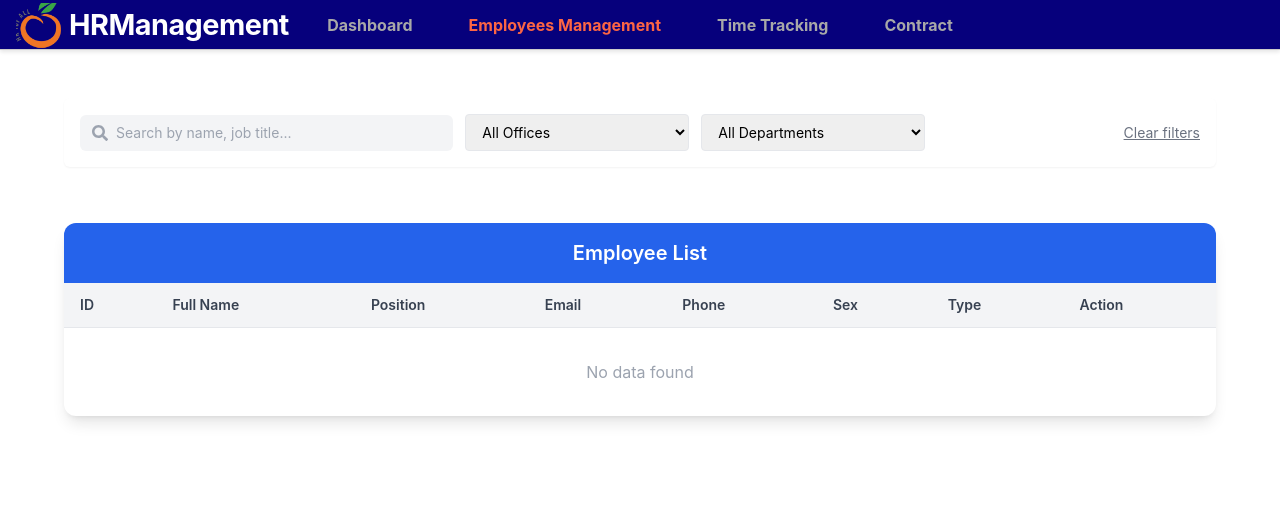
Repository: justJackiee/DA-251
Page: /employeemanagement (app in my-react-app/)
The author's editor kept a copy of each file at every save. The page is drawn from the files as they stood at one save, then again after the next save.
The browser window is 1280 px wide. The pictures show the whole page.
The page's requests for data from a server got no answer. The project was rebuilt for these pictures with package versions that can differ from the ones it lists, and the page was loaded fresh each time. No one was signed in, and anything a server would have sent is missing. Also part of the build but not shown: my-react-app/src/App.css, my-react-app/src/components/pagination.js, my-react-app/src/pages/dashboard.js, my-react-app/src/components/button.js.

Above is the page before, as saved 2025-12-03 15:44:04.

### my-react-app/public/index.html
<!DOCTYPE html>
<html lang="en">
  <head>
    <meta charset="utf-8" />
    <link rel="icon" href="%PUBLIC_URL%/favicon.ico" />
    <meta name="viewport" content="width=device-width, initial-scale=1" />
    <meta name="theme-color" content="#000000" />
    <meta
      name="description"
      content="Web site created using create-react-app"
    />
    <link rel="apple-touch-icon" href="%PUBLIC_URL%/logo192.png" />
    <!--
      manifest.json provides metadata used when your web app is installed on a
      user's mobile device or desktop. See https://developers.google.com/web/fundamentals/web-app-manifest/
    -->
    <link rel="manifest" href="%PUBLIC_URL%/manifest.json" />

    <!-- Google Fonts - Baloo 2 -->
    <link rel="preconnect" href="https://fonts.googleapis.com">
    <link rel="preconnect" href="https://fonts.gstatic.com" crossorigin>
    <link href="https://fonts.googleapis.com/css2?family=Baloo+2:wght@400;500;600;700;800&display=swap" rel="stylesheet">

    <!--
      Notice the use of %PUBLIC_URL% in the tags above.
      It will be replaced with the URL of the `public` folder during the build.
      Only files inside the `public` folder can be referenced from the HTML.

      Unlike "/favicon.ico" or "favicon.ico", "%PUBLIC_URL%/favicon.ico" will
      work correctly both with client-side routing and a non-root public URL.
      Learn how to configure a non-root public URL by running `npm run build`.
    -->
    <title>React App</title>
  </head>
  <body>
    <noscript>You need to enable JavaScript to run this app.</noscript>
    <div id="root"></div>
    <!--
      This HTML file is a template.
      If you open it directly in the browser, you will see an empty page.

      You can add webfonts, meta tags, or analytics to this file.
      The build step will place the bundled scripts into the <body> tag.

      To begin the development, run `npm start` or `yarn start`.
      To create a production bundle, use `npm run build` or `yarn build`.
    -->
  </body>
</html>

### my-react-app/src/App.js
import React from "react";
import { FaSearch, FaTrash } from "react-icons/fa";
import logo from './logo.svg';
import './App.css';

import { HRNavbar } from './components/Navbar';
import CustomScrollbar from './components/schollbar';
import Pagination from './components/pagination'
import Dashboard from './pages/dashboard';
import EmployeeManagement from './pages/employeemanagement'; // modify to test CEmployeeTable
import {
  PrimaryButton,
  SecondaryButton,
  IconButton,
  DropdownButton,
} from "./components/button";

import {
    BrowserRouter as Router,
    Routes,
    Route,
} from "react-router-dom";

import { ThemeProvider } from "@material-tailwind/react";

function App() {
  return (
    <ThemeProvider>
    <Router>
      <div className="h-screen flex flex-col">
        <HRNavbar />

        <main className="flex-1 relative">
          {/* <PrimaryButton text="Save" onClick={() => alert("Saved!")} />
          <SecondaryButton text="Cancel" onClick={() => alert("Cancelled!")} />
          <IconButton icon={<FaSearch />} label="Search" onClick={() => alert("Searching...")} />
          <IconButton icon={<FaTrash />} label="Delete" onClick={() => alert("Deleted!")} /> */}
          {/* <DropdownButton
            label="Select Report"
            options={[
              { label: "Monthly Report", onClick: () => alert("Monthly selected") },
              { label: "Yearly Report", onClick: () => alert("Yearly selected") },
            ]}
          /> */}

          <CustomScrollbar>
            {/* <div className="p-4 md:p-8"> dùng để canh lề (margin)*/}
            <div className="p-4 md:p-8">
              <Routes>
                <Route path="/dashboard" element={<Dashboard />} />
                <Route path="/employeemanagement" element={<EmployeeManagement />} />
                <Route path="/contract" element={<h1>Contract Page</h1>} />
                <Route path="/timetracking" element={<h1>Time Tracking Page</h1>} />
                <Route path="/" element={
                  <header className="App-header">
                    <img src={logo} className="App-logo" alt="logo" />
                    <h1>Welcome to HR Management System</h1>
                    <p>Click on Dashboard in the navigation to get started!</p>
                  </header>
                } />
              </Routes>
            </div>
          </CustomScrollbar>
        </main>
      </div>
    </Router>
    </ThemeProvider>
  );
}

export default App;

### my-react-app/src/components/Navbar/index.js
import React, { useState, useEffect } from 'react';
import { Link, useLocation } from 'react-router-dom';

export function HRNavbar() {
  const [isMenuOpen, setIsMenuOpen] = useState(false);
  const [isMobile, setIsMobile] = useState(false);

  useEffect(() => {
    const checkScreenSize = () => {
      setIsMobile(window.innerWidth < 768);
    };

    checkScreenSize();
    window.addEventListener('resize', checkScreenSize);

    return () => window.removeEventListener('resize', checkScreenSize);
  }, []);

  const toggleMenu = () => {
    setIsMenuOpen(!isMenuOpen);
  };

  const location = useLocation();
  const current = location.pathname || '/';

  const linkColor = (path) => (current === path ? '#fc6544' : '#a8a8a8ff');

  return (
    <nav style={{
      backgroundColor: '#06007c',
      padding: '0',
      boxShadow: '0 2px 4px rgba(0,0,0,0.1)',
      borderBottom: '1px solid #ccc',
      position: 'relative',
      height: '50px',
      minHeight: '50px',
      maxHeight: '50px',
      overflow: 'visible',
      boxSizing: 'border-box'
    }}>
      {/* Main Navigation Bar */}
      <div style={{
        display: 'flex',
        alignItems: 'center',
        height: '50px',
        padding: '0 1rem',
        boxSizing: 'border-box',
        position: 'relative'
      }}>
        {/* Left side: Brand */}
         {isMobile && (
          <div style={{ marginLeft: '0.5rem', zIndex: 20 }}>
            <button
              onClick={toggleMenu}
              aria-label="Open menu"
              style={{
                background: 'none',
                border: '2px solid #fc6544',
                fontSize: '1.5rem',
                cursor: 'pointer',
                padding: '0.25rem 0.5rem',
                color: '#fc6544',
                borderRadius: '4px'
              }}
            >
              {isMenuOpen ? '✕' : '☰'}
            </button>
          </div>
        )}
        <div style={{
          display: 'flex',
          alignItems: 'center',
          gap: '0.5rem',
          // On desktop we position the brand absolutely to allow a centered menu.
          // On mobile we keep it in normal flow so it doesn't overlap the hamburger button.
          position: isMobile ? 'relative' : 'absolute',
          left: isMobile ? '0.5rem' : '1rem',
          zIndex: 10
        }}>
          {/* Brand / Logo and Text Container */}
          <div style={{
            display: 'flex',
            alignItems: 'center',
            gap: '0.5rem'
          }}>
            {/* Logo */}
            <div style={{
              height: '45px',
              width: '45px',
              display: 'flex',
              alignItems: 'center',
              justifyContent: 'center',
              overflow: 'hidden',
              flexShrink: 0
            }}>
              <img
                src="/idCu14vzRC_logos-removebg-preview.png"
                alt="HRManagement Logo"
                style={{
                  maxHeight: isMobile ? '40px' : '70px',
                  maxWidth: isMobile ? '40px' : '70px',
                  width: 'auto',
                  height: 'auto',
                  objectFit: 'contain'
                }}
              />
            </div>
            {/* Text */}
            <h2 style={{
              margin: 0,
              color: '#ffffff',
              fontSize: isMobile ? '1.6rem' : '1.8rem',
              fontWeight: '700',
              fontFamily: 'Baloo 2, sans-serif',
              letterSpacing: '-0.5px'
            }}>
              HRManagement
            </h2>
          </div>
        </div>
        {/* Mobile hamburger placed inside left brand container so it's on the left side */}


        {/* Center: Desktop Menu */}
        {!isMobile && (
          <div style={{
            display: 'flex',
            gap: '3.5rem',
            alignItems: 'center',
            position: 'absolute',
            left: '50%',
            transform: 'translateX(-50%)'
          }}>
            <Link to="/dashboard" style={{
              textDecoration: 'none',
              color: linkColor('/dashboard'),
              fontSize: '1rem',
              fontWeight: '650',
              fontFamily: 'Baloo 2, sans-serif'
            }}>
              Dashboard
            </Link>
            <Link to="/employeemanagement" style={{
              textDecoration: 'none',
              color: linkColor('/employeemanagement'),
              fontSize: '1rem',
              fontWeight: '650',
              fontFamily: 'Baloo 2, sans-serif'
            }}>
              Employees Management
            </Link>
            <Link to="/timetracking" style={{
              textDecoration: 'none',
              color: linkColor('/timetracking'),
              fontSize: '1rem',
              fontWeight: '650',
              fontFamily: 'Baloo 2, sans-serif'
            }}>
              Time Tracking
            </Link>
            <Link to="/contract" style={{
              textDecoration: 'none',
              color: linkColor('/contract'),
              fontSize: '1rem',
              fontWeight: '650',
              fontFamily: 'Baloo 2, sans-serif'
            }}>
              Contract
            </Link>
          </div>
        )}

  {/* Right side: Button and Mobile Menu (hidden on mobile) */}
  <div style={{ display: 'flex', alignItems: 'center' }}>
          {/* Desktop Button - Hidden on mobile */}
          {/* {!isMobile && (
            <button style={{
              backgroundColor: '#374151',
              color: 'white',
              padding: '0.5rem 1rem',
              border: 'none',
              borderRadius: '0.375rem',
              cursor: 'pointer',
              fontSize: '0.875rem',
              fontWeight: '500',
              fontFamily: 'Baloo 2, sans-serif'
            }}>
              GET STARTED
            </button>
          )} */}

          {/* Desktop-only button (hidden on mobile) - kept for symmetry if needed */}
          {/* Hide the hamburger on desktop: only show mobile hamburger (left side) */}
          <button
            onClick={toggleMenu}
            style={{
              background: 'none',
              border: '2px solid #fc6544',
              fontSize: '1.5rem',
              cursor: 'pointer',
              padding: '0.5rem',
              color: '#fc6544',
              borderRadius: '4px',
              display: 'none' // ensure no hamburger appears on desktop
            }}
          >
            {isMenuOpen ? '✕' : '☰'}
          </button>
        </div>
      </div>

      {/* Mobile Menu Dropdown - Show when menu is open */}
      {isMenuOpen && (
        <div style={{
          position: 'absolute',
          top: '50px',              // Position right below navbar
          left: 0,
          right: 0,
          backgroundColor: '#ffffff',
          boxShadow: '0 4px 6px rgba(0,0,0,0.1)',
          padding: '1rem 2rem',
          display: 'flex',
          flexDirection: 'column',
          gap: '0',
          zIndex: 9999,
          border: '1px solid #e5e7eb',
          borderTop: 'none',
          width: '100%',
          boxSizing: 'border-box',
          minHeight: '200px'        // Add minimum height to ensure visibility
        }}>
          <Link to="/dashboard" style={{
            textDecoration: 'none',
            color: linkColor('/dashboard'),
            fontSize: '1rem',
            padding: '1rem 0',
            borderBottom: '1px solid #f3f4f6',
            fontFamily: 'Baloo 2, sans-serif'
          }}>
            Dashboard
          </Link>
          <Link to="/employeemanagement" style={{
            textDecoration: 'none',
            color: linkColor('/employeemanagement'),
            fontSize: '1rem',
            padding: '1rem 0',
            borderBottom: '1px solid #f3f4f6',
            fontFamily: 'Baloo 2, sans-serif'
          }}>
            Employees Management
          </Link>
          <Link to="/timetracking" style={{
            textDecoration: 'none',
            color: linkColor('/timetracking'),
            fontSize: '1rem',
            padding: '1rem 0',
            borderBottom: '1px solid #f3f4f6',
            fontFamily: 'Baloo 2, sans-serif'
          }}>
            Time Tracking
          </Link>
          <Link to="/contract" style={{
            textDecoration: 'none',
            color: linkColor('/contract'),
            fontSize: '1rem',
            padding: '1rem 0',
            borderBottom: '1px solid #f3f4f6',
            fontFamily: 'Baloo 2, sans-serif'
          }}>
            Contract
          </Link>
          {/* <button style={{
            backgroundColor: '#374151',
            color: 'white',
            padding: '0.75rem 1.5rem',
            border: 'none',
            borderRadius: '0.375rem',
            cursor: 'pointer',
            fontSize: '1rem',
            fontWeight: '500',
            marginTop: '1rem',
            marginBottom: '0.5rem',
            fontFamily: 'Baloo 2, sans-serif'
          }}>
            GET STARTED
          </button> */}
        </div>
      )}
    </nav>
  );
}

### my-react-app/src/components/schollbar.js
import React from 'react';
import { Scrollbars } from 'react-custom-scrollbars-2';

// Đổi kiểu thumb
const CustomThumb = (props) => (
  <div {...props} className="bg-slate-500 rounded-full" />
);

// CustomScrollbar
function CustomScrollbar({ children }) {
  return (
    <Scrollbars
      renderThumbVertical={CustomThumb}
      style={{ width: '100%', height: '100%' }}
    >

      {children}

    </Scrollbars>
  );
}

export default CustomScrollbar;

### my-react-app/src/pages/employeemanagement.js
import React, { useEffect, useState, useMemo } from "react";
import axios from "axios"; // 1. Import axios
import CEmployeeTable from "../components/Table/CEmployeeTable";
// import HeaderTabs from '../components/HeaderTabs';
import FiltersBar from '../components/FiltersBar';
import { FaPlus } from 'react-icons/fa';


function EmployeeManagement() {
  // const [activeTab, setActiveTab] = useState('team');
  const [search, setSearch] = useState('');
  const [filters, setFilters] = useState({ office: '', department: '' });

  // 2. Khởi tạo data là mảng rỗng ban đầu (thay vì mock data)
  const [data, setData] = useState([]);
  const [loading, setLoading] = useState(true);

 // 3. Gọi API từ Backend khi component được load
  useEffect(() => {
    const fetchEmployees = async () => {
      try {
        const response = await axios.get('http://localhost:5000/api/employees');
        const apiData = response.data;

        // 4. MAPPING DỮ LIỆU (ĐÃ SỬA LỖI)
        const formattedData = apiData.map(emp => {
          // Xử lý an toàn: Nếu không có chức vụ thì để chuỗi rỗng
          const safePosition = emp.position || '';

          return {
            id: emp.id,
            // Ghép họ tên
            fullName: `${emp.fName} ${emp.mName ? emp.mName + ' ' : ''}${emp.lName}`,
            email: emp.email,
            phone: emp.phone,
            sex: emp.sex,
            // Nếu không có position thì hiện 'Staff' mặc định
            position: safePosition || 'Staff',
            type: emp.type, // Lưu ý: Backend bạn trả về 'type', không phải 'ceType' (check lại console log nếu cần)
            status: emp.status,
            // Xử lý địa chỉ an toàn
            location: emp.address ? emp.address.split(',').pop().trim() : 'Unknown',
            // SỬA LỖI CHÍNH TẠI ĐÂY: Kiểm tra safePosition thay vì emp.position
            department: safePosition.includes('HR') ? 'Human Resources' : 'Engineering'
          };
        });

        setData(formattedData);
        setLoading(false);
      } catch (error) {
        console.error("Lỗi khi tải danh sách nhân viên:", error);
        setLoading(false);
      }
    };

    fetchEmployees();
  }, []);

  const onFilterChange = (k, v) => setFilters((s) => ({ ...s, [k]: v }));
  const onClear = () => { setSearch(''); setFilters({ office: '', department: '' }); };

  const filteredData = useMemo(() => {
    return data.filter(emp => {
      const searchLower = search.toLowerCase();
      // Logic search cũ của bạn giữ nguyên
      const matchSearch = (emp.fullName && emp.fullName.toLowerCase().includes(searchLower)) ||
                          (emp.email && emp.email.toLowerCase().includes(searchLower));

      // Logic filter
      // Lưu ý: Nếu database chưa chuẩn department/office thì bộ lọc này có thể lọc hết dữ liệu.
      // Tạm thời tôi để logic lỏng hơn: Nếu filter rỗng thì luôn true.
      const matchDept = filters.department ? emp.department === filters.department : true;
      const matchOffice = filters.office ? (emp.location && emp.location.includes(filters.office)) : true;

      return matchSearch && matchDept && matchOffice;
    });
  }, [data, search, filters]);

  if (loading) {
    return <div className="p-10 text-center">Đang tải dữ liệu từ Server...</div>;
  }

  return (
    <div>
      {/* <HeaderTabs active={activeTab} onTabChange={setActiveTab} /> */}

      <FiltersBar search={search} onSearch={setSearch} filters={filters} onFilterChange={onFilterChange} onClear={onClear} />
      <div className="max-w-7xl mx-auto px-4 sm:px-6 lg:px-8 py-6">
        <CEmployeeTable data={filteredData} search={search} filters={filters} />
      </div>
    </div>
  );
}

export default EmployeeManagement;

### my-react-app/src/components/Table/CEmployeeTable.js
import React from "react";

function CEmployeeTable({
  // SỬA LỖI 2: Nhận prop 'data' thay vì 'employees' để khớp với file cha
  data = [],
  columns = null,
  title = "Employee List",
  showActions = true,
  onEdit = null
}) {
  // Gán data vào biến employees để dùng tiếp logic bên dưới
  const employees = data;

  // SỬA LỖI 3: Cập nhật cấu hình cột khớp với tên biến trong MOCK DATA (fullName, email...)
  const defaultColumns = [
    { header: "ID", accessor: "id" },
    { header: "Full Name", accessor: "fullName" }, // Dùng accessor trực tiếp vì data đã nối chuỗi rồi
    { header: "Position", accessor: "position" },
    { header: "Email", accessor: "email" },
    { header: "Phone", accessor: "phone" },
    {
      header: "Sex",
      // Sửa logic render giới tính
      render: (row) => row.sex === 'M' ? 'Male' : row.sex === 'F' ? 'Female' : row.sex
    },
    {
      header: "Type",
      render: (row) => (
        <span className={`px-2 py-1 rounded-full text-xs font-medium ${
            // Sửa logic check màu dựa trên value thực tế
            row.type === "HR" ? "bg-purple-100 text-purple-700" :
            row.type === "Freelance" ? "bg-orange-100 text-orange-700" :
            "bg-blue-100 text-blue-700"
        }`}>
          {row.type}
        </span>
      )
    }
  ];

  const tableColumns = columns || defaultColumns;

  const handleEdit = (item) => {
    if (onEdit) {
      onEdit(item);
    } else {
      window.location.href = `/employeemanagement/profile/${item.id}`;
    }
  };

  return (
    <div className="flex justify-center mt-4">
      <div className="w-full bg-white shadow-lg rounded-xl overflow-hidden">
        <div className="bg-blue-600 text-white text-center py-4 font-semibold text-xl">
          {title}
        </div>

        <div className="overflow-x-auto">
          <table className="w-full text-left border-collapse">
            <thead>
              <tr className="bg-gray-100 text-gray-700">
                {tableColumns.map((col, index) => (
                  <th key={index} className="py-3 px-4 text-left font-semibold border-b text-sm">
                    {col.header}
                  </th>
                ))}
                {showActions && <th className="py-3 px-4 text-left font-semibold border-b text-sm">Action</th>}
              </tr>
            </thead>
            <tbody>
              {employees.length === 0 ? (
                <tr>
                  <td colSpan={tableColumns.length + (showActions ? 1 : 0)} className="py-8 text-center text-gray-400">
                    No data found
                  </td>
                </tr>
              ) : (
                employees.map((item, rowIndex) => (
                  <tr key={item.id || rowIndex} className={`${rowIndex % 2 === 0 ? "bg-gray-50" : "bg-white"} hover:bg-blue-50 transition`}>
                    {tableColumns.map((col, colIndex) => (
                      <td key={colIndex} className="py-3 px-4 text-left border-b text-sm">
                        {/* Logic render an toàn */}
                        {col.render ? col.render(item) : item[col.accessor]}
                      </td>
                    ))}
                    {showActions && (
                      <td className="py-3 px-4 text-left border-b text-sm">
                        <button onClick={() => handleEdit(item)} className="text-blue-600 hover:underline font-medium">
                          View
                        </button>
                      </td>
                    )}
                  </tr>
                ))
              )}
            </tbody>
          </table>
        </div>
        {employees.length > 0 && (
          <div className="text-gray-500 text-sm text-right p-3 border-t">
            Showing {employees.length} record{employees.length !== 1 ? 's' : ''}
          </div>
        )}
      </div>
    </div>
  );
}

export default CEmployeeTable;

### my-react-app/src/components/FiltersBar.js
import React from 'react';
import { FaSearch } from 'react-icons/fa';

export default function FiltersBar({ search, onSearch, filters, onFilterChange, onClear }) {
  return (
    <div className="max-w-7xl mx-auto px-4 sm:px-6 lg:px-8 py-4">
  <div className="bg-white p-4 rounded-md shadow-sm flex flex-col md:flex-row md:items-center gap-3 overflow-visible relative z-50">
        {/* Search: flexible on larger screens, full width on small */}
        <div className="flex items-center w-full md:w-1/3 bg-gray-100 rounded-md px-3 py-2 min-w-0">
          <FaSearch className="text-gray-400 mr-2 flex-shrink-0" />
          <input
            value={search}
            onChange={(e) => onSearch?.(e.target.value)}
            className="bg-transparent flex-1 outline-none text-sm min-w-0"
            placeholder="Search by name, job title..."
            aria-label="Search employees"
          />
        </div>

        {/* Filters container: horizontally aligned on md+, stacked on xs */}
        <div className="flex w-full md:w-auto gap-3 items-center">
          <select
            value={filters.office || ''}
            onChange={(e) => onFilterChange?.('office', e.target.value)}
            className="border rounded px-3 py-2 text-sm w-full md:w-56 min-w-0"
            style={{ direction: 'ltr' }}
          >
            <option value="">All Offices</option>
            <option>PM Coop.</option>
            <option>Elevate Complex</option>
          </select>

          <select
            value={filters.department || ''}
            onChange={(e) => onFilterChange?.('department', e.target.value)}
            className="border rounded px-3 py-2 text-sm w-full md:w-56 min-w-0"
            style={{ direction: 'ltr' }}
          >
            <option value="">All Departments</option>
            <option>Production</option>
            <option>Marketing</option>
          </select>
        </div>

        <div className="ml-auto text-sm text-gray-500">
          <button onClick={onClear} className="underline">Clear filters</button>
        </div>
      </div>
    </div>
  );
}

Loaded but not shown: my-react-app/src/index.js (common file); my-react-app/src/index.css (common file); my-react-app/src/reportWebVitals.js (common file); my-react-app/tailwind.config.js (common file)

After the next save:
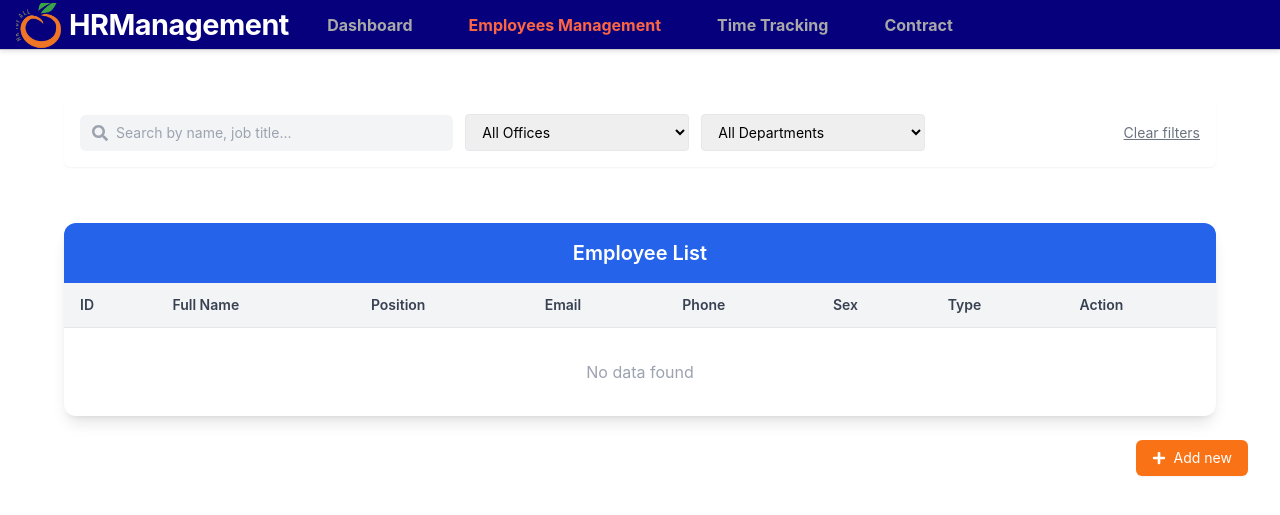
Saved 8 s later.
--- a/my-react-app/src/pages/employeemanagement.js
+++ b/my-react-app/src/pages/employeemanagement.js
@@ -88,6 +88,15 @@ function EmployeeManagement() {
       <div className="max-w-7xl mx-auto px-4 sm:px-6 lg:px-8 py-6">
         <CEmployeeTable data={filteredData} search={search} filters={filters} />
       </div>
+      <div className="flex justify-end">
+        <button
+          className="inline-flex items-center gap-2 px-4 py-2 bg-orange-500 hover:bg-orange-600 text-white rounded-md shadow-sm text-sm"
+          aria-label="Add new"
+        >
+            <FaPlus />
+                <span className="hidden sm:inline">Add new</span>
+        </button>
+      </div>
     </div>
   );
 }
